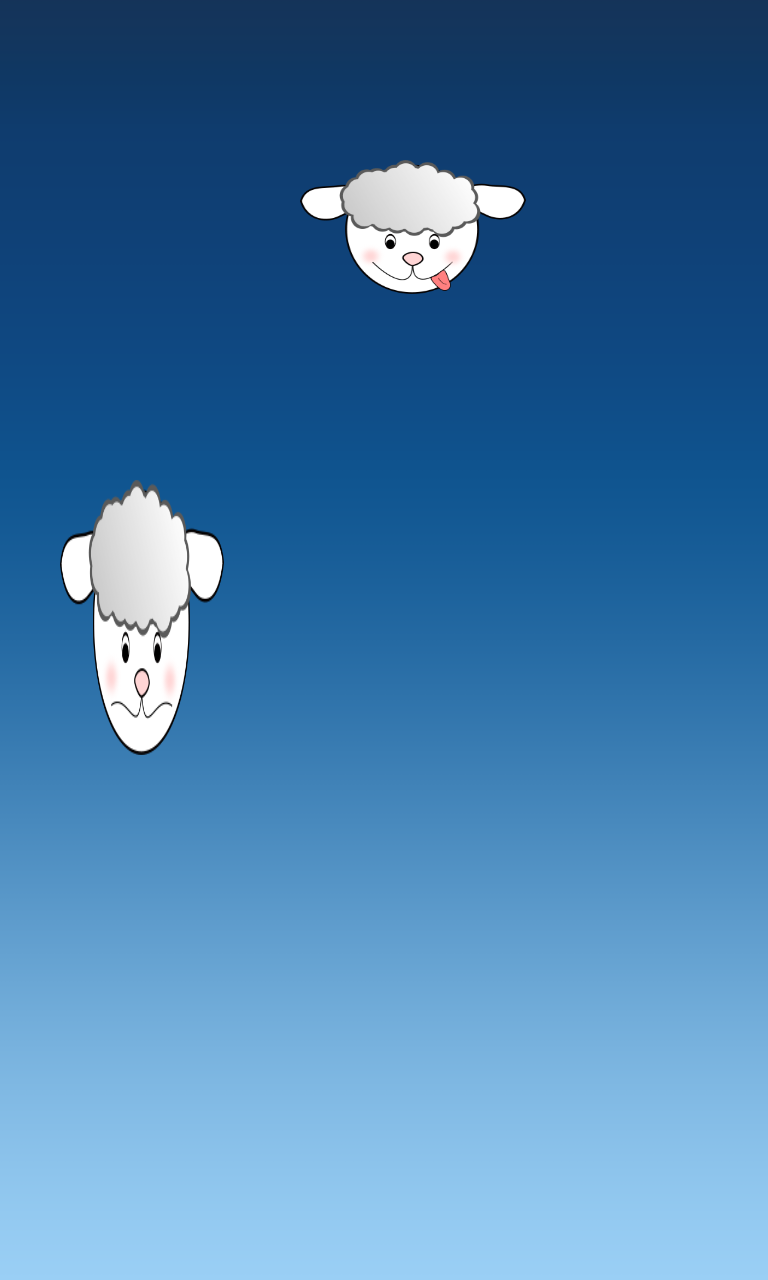
Repository: exilonX/CodeWarsFelula
Layout: Baa/res/layout/end_game.xml
These files come from the project's save history. The layout is drawn as it stood at one moment and after a run of saves; the edit follows.
It is drawn on a 768 x 1280 px phone screen (xhdpi) without system bars, with theme AppTheme; the app's code is not run.

Above is the layout before, as saved 2014-02-22 17:41:07.

After the next 2 saves:
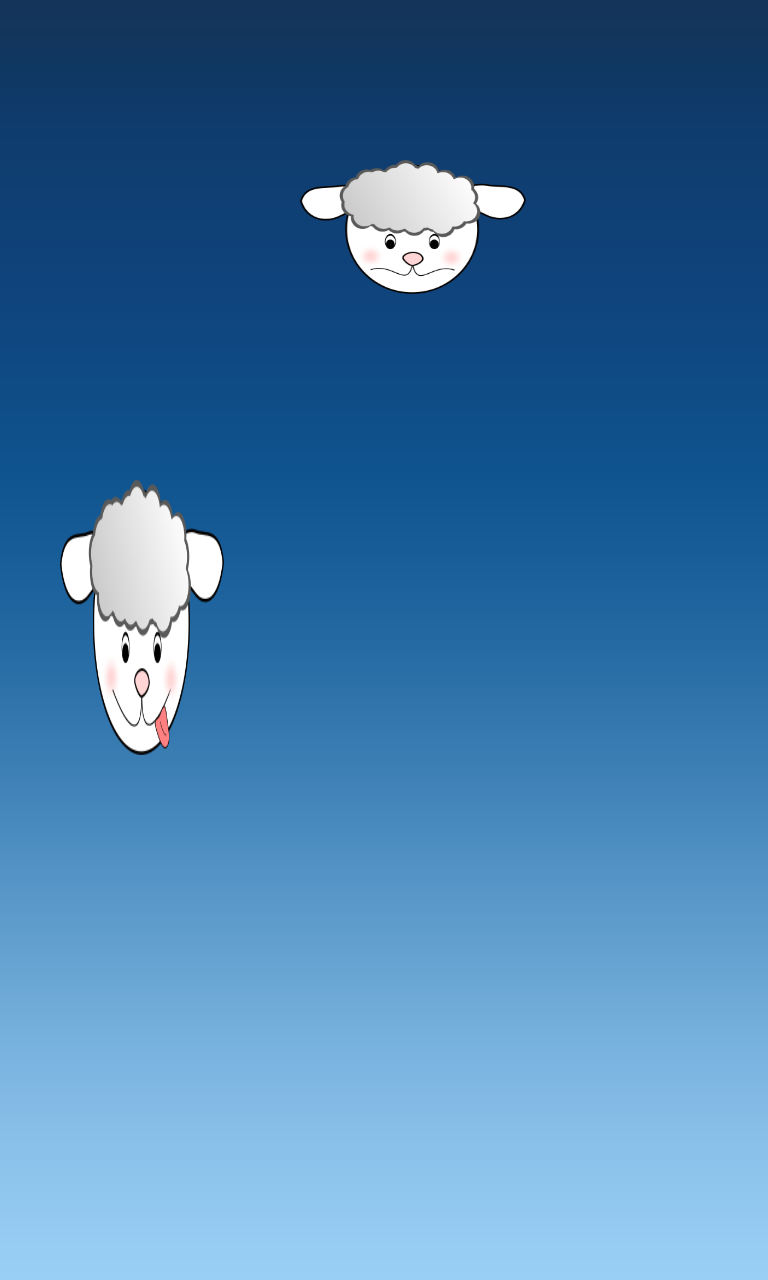
The 2 saves are shown as one change because they came seconds apart.
The last was saved 7 s later.
--- a/Baa/res/layout/end_game.xml
+++ b/Baa/res/layout/end_game.xml
@@ -12,7 +12,7 @@
         android:layout_marginBottom="90dp"
         android:layout_marginLeft="150dp"
         android:layout_marginRight="0dp"
-        android:background="@drawable/happy"
+        android:background="@drawable/sad"
         android:layout_marginTop="80dp"
         />
 
@@ -23,7 +23,7 @@
         android:layout_marginBottom="0dp"
         android:layout_marginLeft="30dp"
         android:layout_marginRight="120dp"
-        android:background="@drawable/sad"
+        android:background="@drawable/happy"
         android:layout_marginTop="240dp"
         />
 
